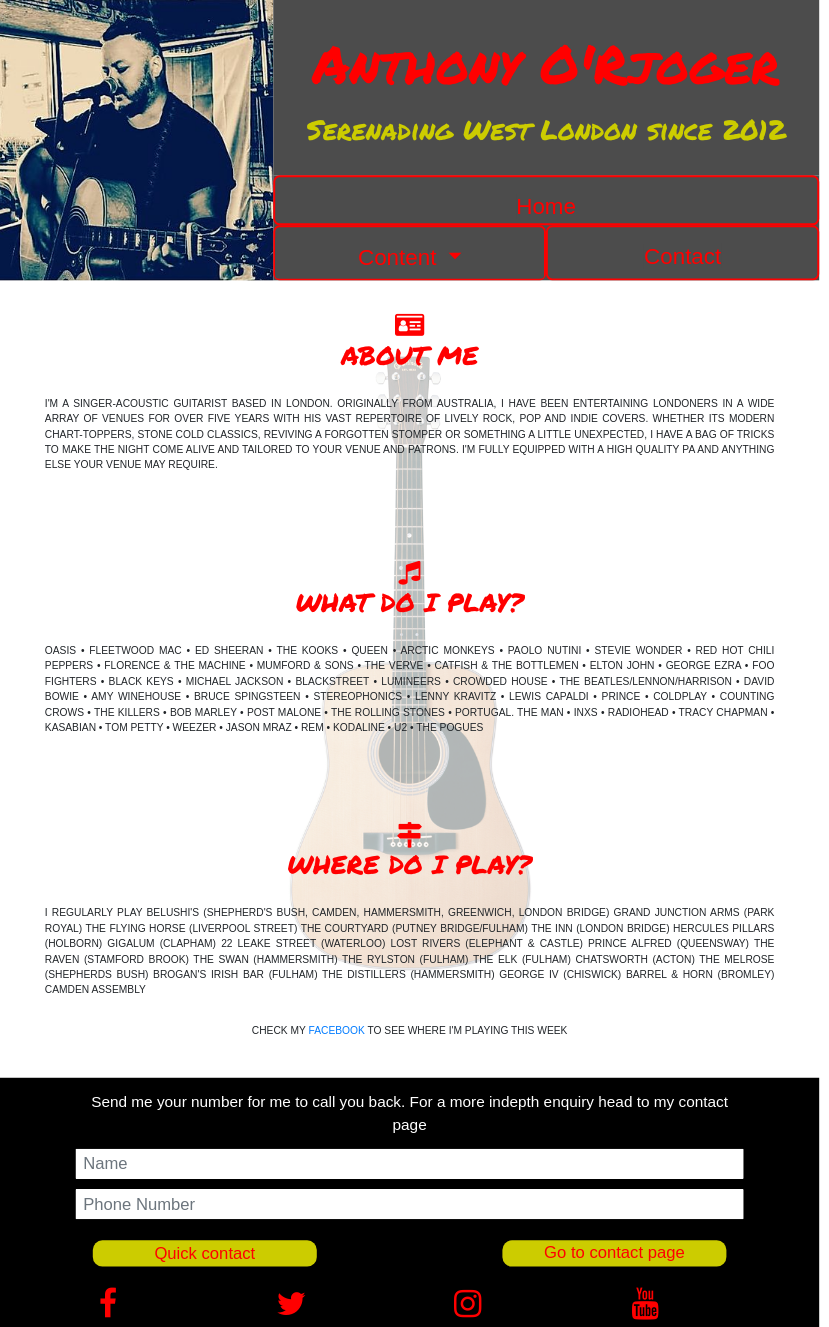
Repository: SimonGeorgeNZ/milestone_1
Page: index.html
The author's editor kept a record of every edit. The page is drawn from the files as they stood at one moment, then again after the next edit.
The browser window is 1280 px wide. The page is 1295 px wide, so the pictures cover 1295 px, including what lies to the right of the window. The pictures show the whole page, at 64% of full size.
Some web fonts or font styles are not loaded; a fallback is used. Some web libraries are served in a nearby version.

Above is the page before.

### index.html
<!DOCTYPE html>
<html lang="en">

<head>
    <meta charset="UTF-8">
    <meta name="viewport" content="width=device-width, initial-scale=1.0">
    <meta http-equiv="X-UA-Compatible" content="ie=edge">
    <link rel="stylesheet" href="assets/css/style.css" type="text/css" />
    <link rel="stylesheet" href="https://maxcdn.bootstrapcdn.com/bootstrap/4.2.1/css/bootstrap.min.css" type="text/css" />
    <link rel="stylesheet" href="https://maxcdn.bootstrapcdn.com/font-awesome/4.7.0/css/font-awesome.min.css" type="text/css" />
    <title>Anthony O'Rjoger</title>
</head>

<body>
    <header>

        <div class="row no-gutters">
            <a class="col-md-4 profile" href="index.html"></a>
            <div class="col-md-8">
                <div class="row no-gutters bg-color-title">
                    <div class="col title">
                        <h1 class="name">Anthony O'Rjoger</h1>
                        <h2 class="tag-line">Serenading West London since 2012</h2>
                    </div>
                </div>
                <div class="row no-gutters bg-col-blk">
                    <div class="col-4 col-sm-12 nav-but">
                        <a href="index.html" class="nav-but-text"><i aria-hidden="true"></i><span>Home</span></a>
                    </div>
                    <div class="col-4 col-sm-6 dropdown nav-but">
                        <button class="btn btn-secondary dropdown-toggle container-fluid" type="button" id="dropdownMenuButton" data-toggle="dropdown" aria-haspopup="true" aria-expanded="false">
    Content
  </button>
                        <div class="dropdown-menu" aria-labelledby="dropdownMenuButton">
                            <a class="dropdown-item" href="photos.html">Photos</a>
                            <a class="dropdown-item" href="videos.html">Videos</a>
                        </div>
                    </div>
                    <div class="col-4 col-sm-6 nav-but">
                        <a href="#quickcontact" class="nav-but-text"><i aria-hidden="true"></i><span>Contact</span></a>
                    </div>
                </div>

            </div>

        </div>
        </div>
    </header>

    <body class="jumbotron-main">
        <div class="row">
            <div class="about">
                <h1 class="text-box-heading"><i class="fa fa-id-card"></i><br>About me</h1>
                <p class="text-box">
                    I'm a singer-acoustic guitarist based in London. Originally from Australia, I have been entertaining Londoners in a wide array of venues for over five years with his vast repertoire of lively rock, pop and indie covers. Whether its modern chart-toppers,
                    stone cold classics, reviving a forgotten stomper or something a little unexpected, I have a bag of tricks to make the night come alive and tailored to your venue and patrons. I'm fully equipped with a high quality PA and anything
                    else your venue may require.
                </p>
            </div>
            <div class="about">
                <h1 class="text-box-heading"><i class="fa fa-music"></i><br>What do I play?</h1>
                <p class="text-box">
                    OASIS • FLEETWOOD MAC • ED SHEERAN • THE KOOKS • QUEEN • ARCTIC MONKEYS • PAOLO NUTINI • STEVIE WONDER • RED HOT CHILI PEPPERS • FLORENCE & THE MACHINE • MUMFORD & SONS • THE VERVE • CATFISH & THE BOTTLEMEN • ELTON JOHN • GEORGE EZRA • FOO FIGHTERS •
                    BLACK KEYS • MICHAEL JACKSON • BLACKSTREET • LUMINEERS • CROWDED HOUSE • THE BEATLES/LENNON/HARRISON • DAVID BOWIE • AMY WINEHOUSE • BRUCE SPINGSTEEN • STEREOPHONICS • LENNY KRAVITZ • LEWIS CAPALDI • PRINCE • COLDPLAY • COUNTING CROWS
                    • THE KILLERS • BOB MARLEY • POST MALONE • THE ROLLING STONES • PORTUGAL. THE MAN • INXS • RADIOHEAD • TRACY CHAPMAN • KASABIAN • TOM PETTY • WEEZER • JASON MRAZ • REM • KODALINE • U2 • THE POGUES
                </p>
            </div>
            <div class="about">
                <h1 class="text-box-heading"><i class="fa fa-map-signs"></i><br>Where do I play?</h1>
                <p class="text-box">
                    I regularly play BELUSHI'S (Shepherd's Bush, Camden, Hammersmith, Greenwich, London Bridge) GRAND JUNCTION ARMS (Park Royal) THE FLYING HORSE (Liverpool Street) THE COURTYARD (Putney Bridge/Fulham) THE INN (London Bridge) HERCULES PILLARS (Holborn) GIGALUM
                    (Clapham) 22 LEAKE STREET (Waterloo) LOST RIVERS (Elephant & Castle) PRINCE ALFRED (Queensway) THE RAVEN (Stamford Brook) THE SWAN (Hammersmith) THE RYLSTON (Fulham) THE ELK (Fulham) CHATSWORTH (Acton) THE MELROSE (Shepherds Bush)
                    BROGAN'S IRISH BAR (Fulham) THE DISTILLERS (Hammersmith) GEORGE IV (Chiswick) BARREL & HORN (Bromley) CAMDEN ASSEMBLY
                </p>

                <p class="text-box-1">Check my <a href="https://www.facebook.com/anthonyorjogermusic/" target="_blank">facebook</a> to see where I'm playing this week </p>


            </div>


        </div>
    </body>
    <footer class="container-fluid footer-bg footer">
        <div class="row">
            <div class="col">
                <form class="contact">
                    <div class="row no-gutters form">
                        <div class="col contact d-none d-md-block">
                            <div class="quickcontact" id="quickcontact">
                                <p>Send me your number for me to call you back. For a more indepth enquiry head to my contact page</p>
                            </div>
                            <input type="text" id="fullname" class="form-control" placeholder="Name" required />
                            <input type="text" id="phonenumber" class="form-control" placeholder="Phone Number" required />
                        </div>
                        <div class="row contactmobile d-md-none contact">
                            <div class="col-12">
                                <input type="text" id="fullname" class="form-control" placeholder="Name" name="name" required/>
                                <input type="email" id="emailaddress" class="form-control" placeholder="Email" name="email" required/>
                            </div>
                            <div class="col-12">
                                <textarea rows="5" name="projectsummary" id="projectsummary" class="form-control" placeholder="Whats the gig?" required/></textarea>
                            </div>
                        </div>
                    </div>
                </form>
            </div>
        </div>
        <div class="row">
            <input class="submit" type="submit" value="Quick contact" data-toggle="modal" data-target="#thanks" />
            <a href="contact.html" class="contactlink"><i aria-hidden="true"></i><span>Go to contact page</span></a>
        </div>
        <div class="container social-links-top">
            <div class="row no-gutters">
                <div class="col-3">
                    <a class="social-but" target=_ "blank" href="https://www.facebook.com/anthonyorjogermusic/">
                             <i class="fa fa-facebook" aria-hidden="true"></i>
                               <span class="sr-only">facebook</span>
                        </a>
                </div>
                <div class="col-3">
                    <a class="social-but" target=_ "blank" href="https://twitter.com/anthonyorjoger">
                             <i class="fa fa-twitter" aria-hidden="true"></i>
                               <span class="sr-only">Twitter</span>
                        </a>
                </div>
                <div class="col-3">
                    <a class="social-but" target=_ "blank" href="https://www.instagram.com/aor_music/">
                             <i class="fa fa-instagram" aria-hidden="true"></i>
                               <span class="sr-only">Instagram</span>
                        </a>
                </div>
                <div class="col-3">
                    <a class="social-but" target=_ "blank" href="https://www.youtube.com/channel/UCJdZ-PkIdPwwX4xIostHZ1g">
                             <i class="fa fa-youtube" aria-hidden="true"></i>
                               <span class="sr-only">Youtube</span>
                        </a>
                </div>
            </div>
        </div>
    </footer>

</body>
<script src="https://code.jquery.com/jquery-3.4.1.slim.min.js" integrity="sha384-J6qa4849blE2+poT4WnyKhv5vZF5SrPo0iEjwBvKU7imGFAV0wwj1yYfoRSJoZ+n" crossorigin="anonymous"></script>
<script src="https://cdn.jsdelivr.net/npm/popper.js@1.16.0/dist/umd/popper.min.js" integrity="sha384-Q6E9RHvbIyZFJoft+2mJbHaEWldlvI9IOYy5n3zV9zzTtmI3UksdQRVvoxMfooAo" crossorigin="anonymous"></script>
<script src="https://stackpath.bootstrapcdn.com/bootstrap/4.4.1/js/bootstrap.min.js" integrity="sha384-wfSDF2E50Y2D1uUdj0O3uMBJnjuUD4Ih7YwaYd1iqfktj0Uod8GCExl3Og8ifwB6" crossorigin="anonymous"></script>

<div class="modal fade" id="thanks" tabindex="-1" role="dialog" aria-labelledby="exampleModalLabel" aria-hidden="true">
    <div class="modal-dialog" role="document">
        <div class="modal-content">
            <div class="modal-header">
                <h5 class="modal-title" id="exampleModalLabel">Thanks!</h5>
                <button type="button" class="close" data-dismiss="modal" aria-label="Close">
          <span aria-hidden="true">&times;</span>
        </button>
            </div>
            <div class="modal-body">
                I'll be in touch shortly
            </div>
            <div class="modal-footer">
                <button type="button" class="close" data-dismiss="modal">Close</button>
            </div>
        </div>
    </div>
</div>

</html>

### assets/css/style.css
@import url('https://fonts.googleapis.com/css?family=Alatsi|Permanent+Marker|100,200,300,400,500,600,700');



/*------------------Colors------*/

.bg-color-title {
    background-color: #4c4c4c;
}

.li-menu-color {
    background-color: #4c4c4c;
}

.bg-col-blk {
    background-color: #4c4c4c;
}

.footer-bg {
    background-color: black;
}

.submit {
    color: #ff0000!important;
    background-color: #cccc00!important;
}

.contactlink {
    color: #ff0000!important;
    background-color: #cccc00!important;
}

.name {
    color: #ff0000;
}

.tag-line {
    color: #cccc00;
}

.nav-but {
    border-color: #ff0000;
}

.nav-but-text {
    color: #ff0000;
    background-color: #4c4c4c;
}

.dropdown-menu {
    background-color: #4c4c4c !important;
    border-color: #ff0000!important;
}

#dropdownMenuButton {
    color: #ff0000;
    background-color: #4c4c4c;
}

.dropdown-item {
    color: #ff0000!important;
}

h4 {
    color: #ff0000!important;
}

.social-links-top {
    border-color: #ff0000!important;
    background-color: #000000;
}

.page-heading {
    color: #ff0000;
}

.quickcontact {
    color: #ffffff;
}


/*------------------Heading------*/

header {
    margin: 0;
}

.title {
    margin-left: 25px;
    margin-right: 25px;
}


.profile {
    background: url("../images/anthony.jpg");
    background-position: center;
    background-repeat: no-repeat;
    background-size: cover;
    min-height: 350px;
    transition: all ease-in-out;
    -moz-transition: all .5s ease-in-out;
    -webkit-transition: all .5s ease-in-out;

}

.name {
    font-family: "Permanent Marker", sans-serif;
    font-weight: 100;
    font-size: calc(70px + 1vw);
    margin-top: 50px;
    text-align: center;
    padding-bottom: 20px;
}

.tag-line {
    font-family: "Permanent Marker", sans-serif;
    font-weight: 200;
    font-size: calc(30px + 1vw);
    margin-bottom: 20px;
    text-align: center;
    padding-bottom: 25px;
}


.menucontainer {
    font-size: 0;
}

#nav li {
    font-size: 14px;
    padding: 0;
    margin: 0;
}

.social-links-top {
    padding-bottom: 0;
    margin: 0;
    border-style: none;
}

/*------------------Nav------*/

.nav-but {
    border-style: solid;
    border-width: 3px;
    border-radius: 10px;
    text-align: center;
    padding-top: 20px;
}

.nav-but-text {
    font-family: 'Alatsi', sans-serif;
    font-size: 35px;
}

.dropdown-menu {
    border-width: 3px!important;
    font-size: 35px!important;
    text-align: center!important;
    min-width: 75px!important;
    min-height: 75px!important;
    border-radius: 10px!important;
}

#dropdownMenuButton {
    font-family: 'Alatsi', sans-serif;
    font-size: 35px;
    border: none;
}

.icon {
    font-size: 35px!important;
    color: #ff0000;
}

.dropdown {
    padding-top: 15px;
}

.dropdown-toggle:hover {
    background-color: transparent;
    color: #000000!important
}


.dropdown-item:hover {
    background-color: transparent!important;
    color: #000000!important
}

.nav-but-text:hover {
    cursor: pointer;
    color: #000000!important;
    text-decoration: none;
}


/*------------------Main-section------*/

.text-box-heading {
    color: #ff0000;
    font-family: "Permanent Marker", sans-serif;
    text-transform: uppercase;
}

.text-box {
    font-family: 'Alatsi', sans-serif;
    margin: 40px;
    text-transform: uppercase;
}

.text-box-1 {
    font-family: 'Alatsi', sans-serif;
    text-align: center;
    text-transform: uppercase;
}

h1 {
    color: #ff000!important;
}

.jumbotron {
    margin-bottom: 0!important;
    padding: 0;
}

.jumbotron-main {
    background-attachment: scroll;
    background: url("../images/Background-image.png");
    background-repeat: no-repeat;
    background-position: center;
    padding: 0;

}

.social-but {
    font-size: 50px;
    color: #ff0000;
    margin-left: 25%;
}

.about {
    text-align: justify;
    margin: 45px;
}

.text-box-heading {
    text-align: center;
}

.image {
    margin: auto;
    margin-top: 100px;
    display: block;
    height: 200px;
    width: 200px;

}

.video {
    text-align: center;
    height: 150px;
    width: 150px;
    margin-top: 50px;
}

.image:hover {
    cursor: pointer;
}

.bottom-padding {
    margin-bottom: 250px;
}

.image-text {
    padding-top: 15px;
    text-align: center;
    font-family: 'Alatsi', sans-serif;
    font-size: 20px;
}

.modal-footer {
    font-family: 'Alatsi', sans-serif;
    font-size: 25px;
    text-align: center;
}

.modal-image {
    width: auto;
    height: auto;
}

/*------------------Contact------*/

.form-control {
    border-style: solid!important;
    border-width: 3px!important;
    border-color: #000000!important;
}

.page-heading {
    font-family: "Permanent Marker", sans-serif;
    font-size: 65px;
    text-transform: uppercase;
    text-align: center;
    padding-top: 20px;
}


/*------------------Footer------*/


.submit {
    font-family: 'Alatsi', sans-serif;
    font-size: 26px;
    border: none;
    margin: auto;
    margin-top: 10px;
    margin-bottom: 20px;
    border-radius: 15px;
    width: 350px;
}

.contactlink {
    font-family: 'Alatsi', sans-serif;
    font-size: 26px;
    border: none;
    margin: auto;
    margin-top: 10px;
    margin-bottom: 20px;
    border-radius: 15px;
    width: 350px;
    text-align: center;
}

.contact {
    padding: 10px;
    margin-left: 45px;
    margin-right: 45px;

}

#fullname {
    margin-bottom: 10px;
}

input[type="text"] {
    font-family: 'Alatsi', sans-serif;
    font-size: 26px;
}

input[type="email"] {
    font-family: 'Alatsi', sans-serif;
    font-size: 26px;
}


#projectsummary {
    font-family: 'Alatsi', sans-serif;
    font-size: 26px;
}

.social-links-top {
    width: 100vw;
}

.quickcontact {
    font-family: 'Alatsi', sans-serif;
    font-size: 24px;
    text-align: center;
}

.contactlink:hover {
    text-decoration: none;
    color: #000000!important;
}

.submit:hover {
    cursor: pointer;
    color: #000000!important;
}

After the next edit:
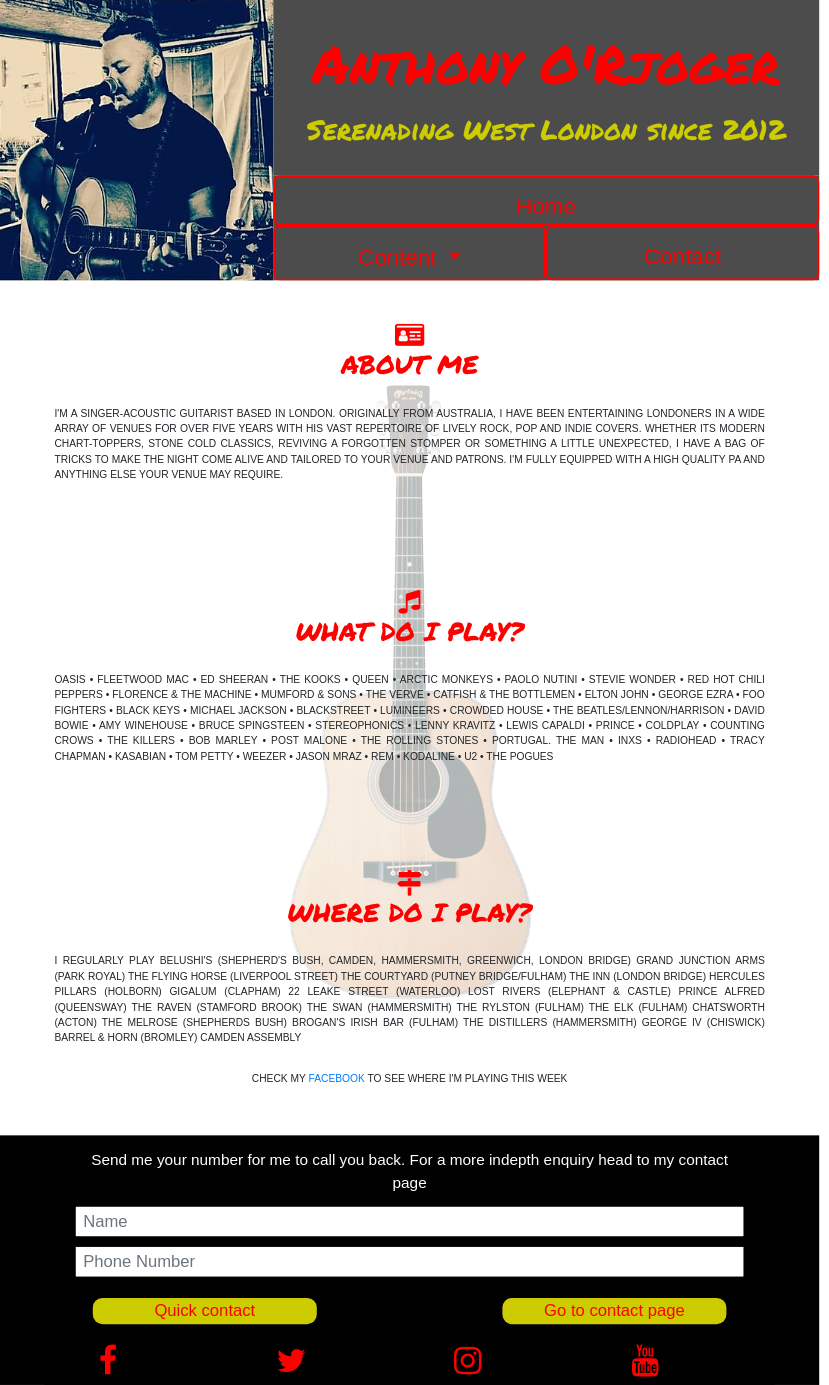
The edit:
--- a/assets/css/style.css
+++ b/assets/css/style.css
@@ -241,7 +241,7 @@
 
 .about {
     text-align: justify;
-    margin: 45px;
+    margin: 60px;
 }
 
 .text-box-heading {
